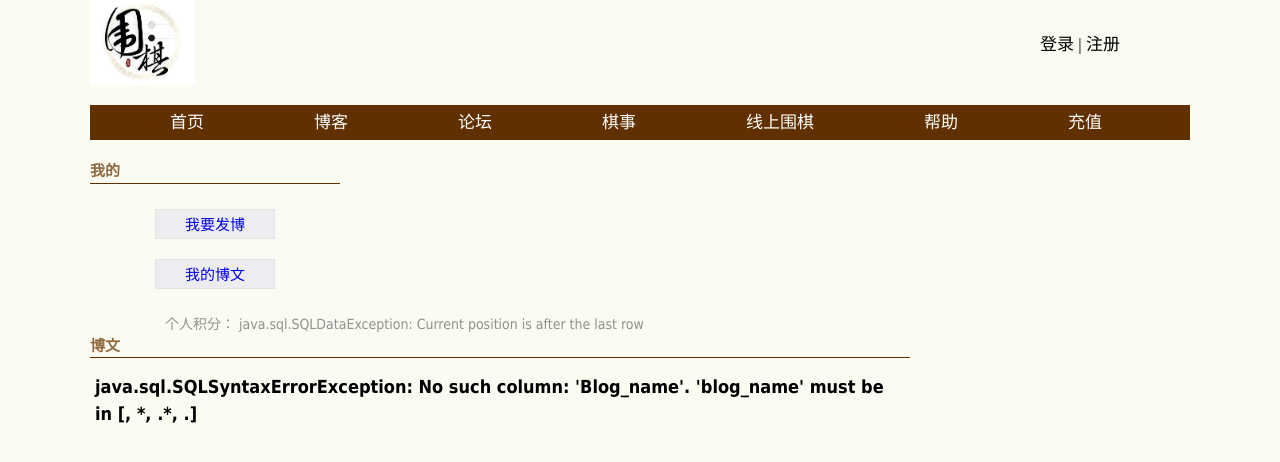
Repository: yxh0/Go
Page: http://localhost/keshe/keshe/myblog.jsp
An editor plug-in stored every save of this project. The page is shown before and after the next save, followed by the edit.
The browser window is 1280 px wide. The pictures show the whole page.
The page is served by Tomcat 9. Queries for data that is not in the repository find no rows.

Above is the page before, as saved 2020-06-11 03:33:15.

After the next save:
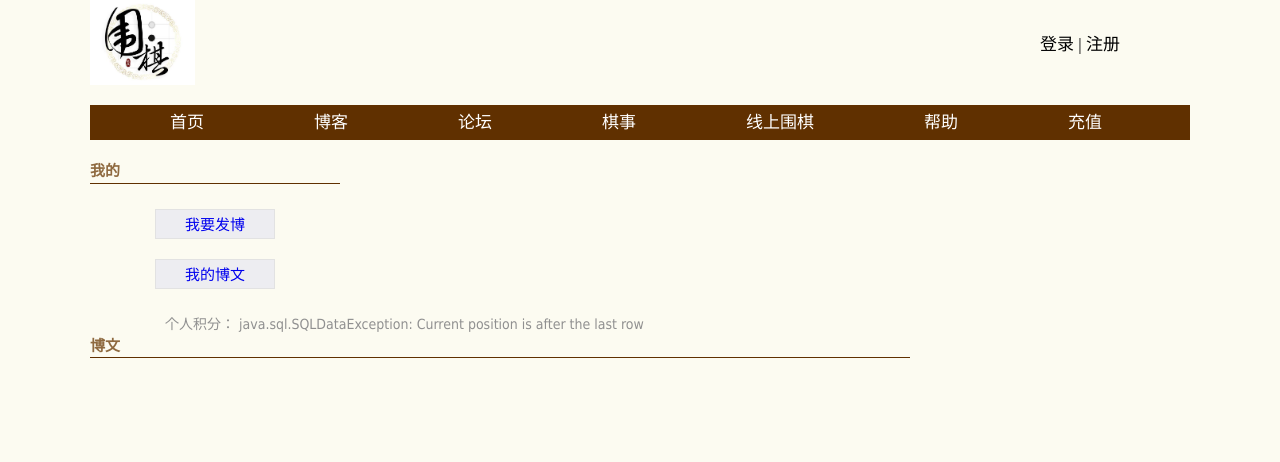
Saved 2 min 47 s later.
--- a/SoftwareProjectGo/keshe/WebContent/keshe/myblog.jsp
+++ b/SoftwareProjectGo/keshe/WebContent/keshe/myblog.jsp
@@ -84,14 +84,14 @@
 		            String password="0";
 		            con=DriverManager.getConnection(uri,user,password);
 		            sql=con.createStatement();
-		            rs=sql.executeQuery("SELECT * FROM blog order by Blog_date desc");
+		            rs=sql.executeQuery("SELECT * FROM blog WHERE Bloger_name = 'testman' order by Blog_date desc ");
 		            rs.next();
-		            for (int i = 0; i < 2; ++i)
+		            while (rs.next())
 		            {
 		     %>
 						<h2><%	out.print(rs.getString("Blog_name"));	%></h2>
 						<span class="people"> <%= rs.getString("Blog_replies") %> 回复 | <%= rs.getString("Blog_agreements")%> 点赞</span>
-						<%		rs.next();
+						<%
 					}
 				    con.close();
 				}
